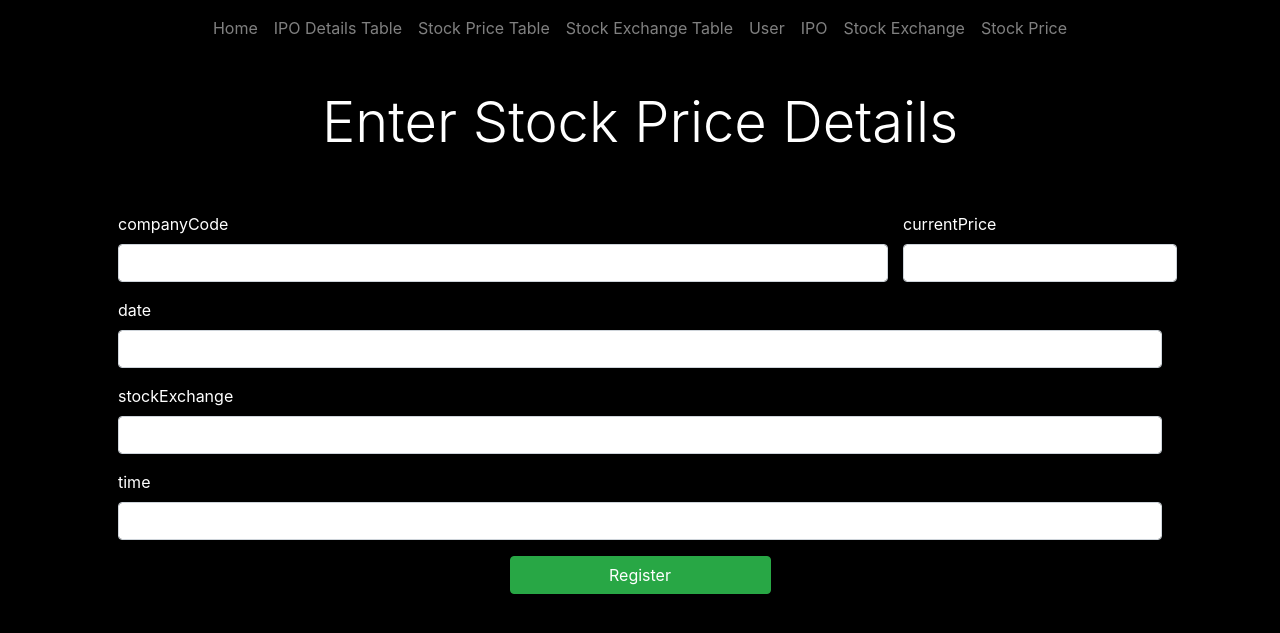
Repository: Gurudutt-S/cts-training
Page: http://localhost/StockExchangeChartingWeb/WEB-INF/views/stockPrices.jsp
These files come from the project's save history. The page is drawn as it stood at one moment and after the next save; the edit follows.
The browser window is 1280 px wide. The pictures show the whole page.
The page is served by Tomcat 9. Nobody is signed in. The template is opened directly, without the code that normally fills it, so the values that code supplies are empty.

Above is the page before, as saved 2020-02-13 05:26:25.
Console error (its wording comes from the project's code and is left out).

After the next save:
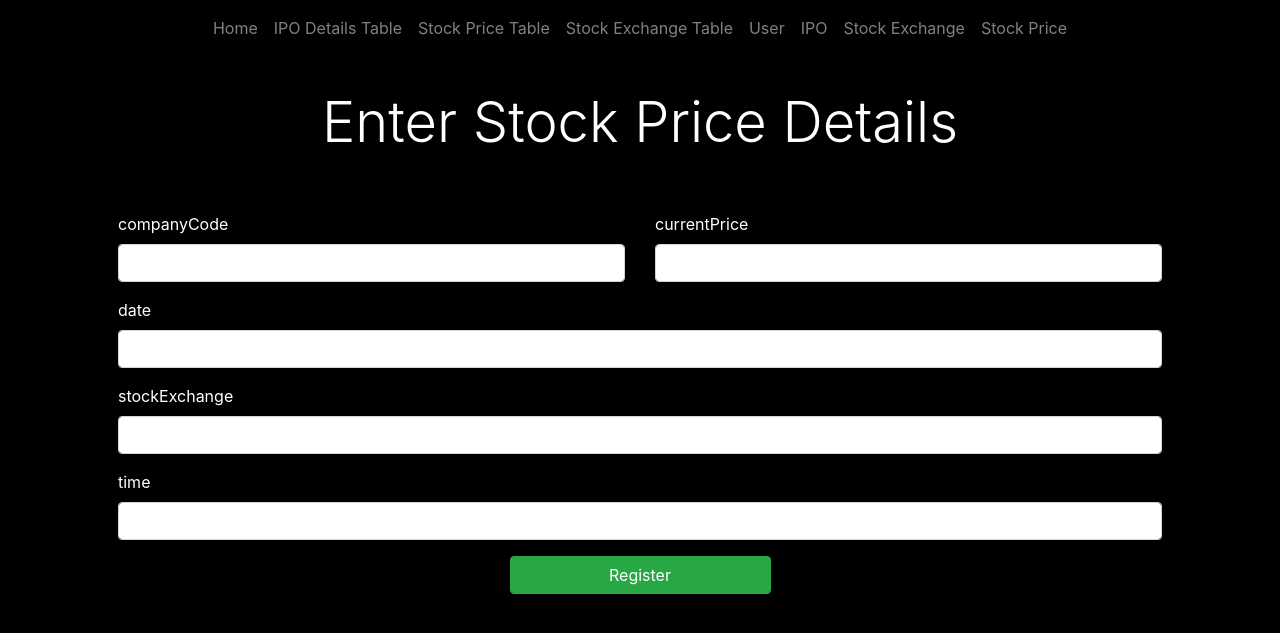
Saved 4 s later.
--- a/Day_37/StockExchangeChartingWeb/src/main/webapp/WEB-INF/views/stockPrices.jsp
+++ b/Day_37/StockExchangeChartingWeb/src/main/webapp/WEB-INF/views/stockPrices.jsp
@@ -13,7 +13,7 @@
 			<form:label path="companyCode">companyCode</form:label>
 			<form:input path="companyCode" class="form-control" />
 		</div>
-		<div class="form-group co">
+		<div class="form-group col">
 			<form:label path="currentPrice">currentPrice</form:label>
 			<form:input path="currentPrice" class="form-control" />
 		</div>
